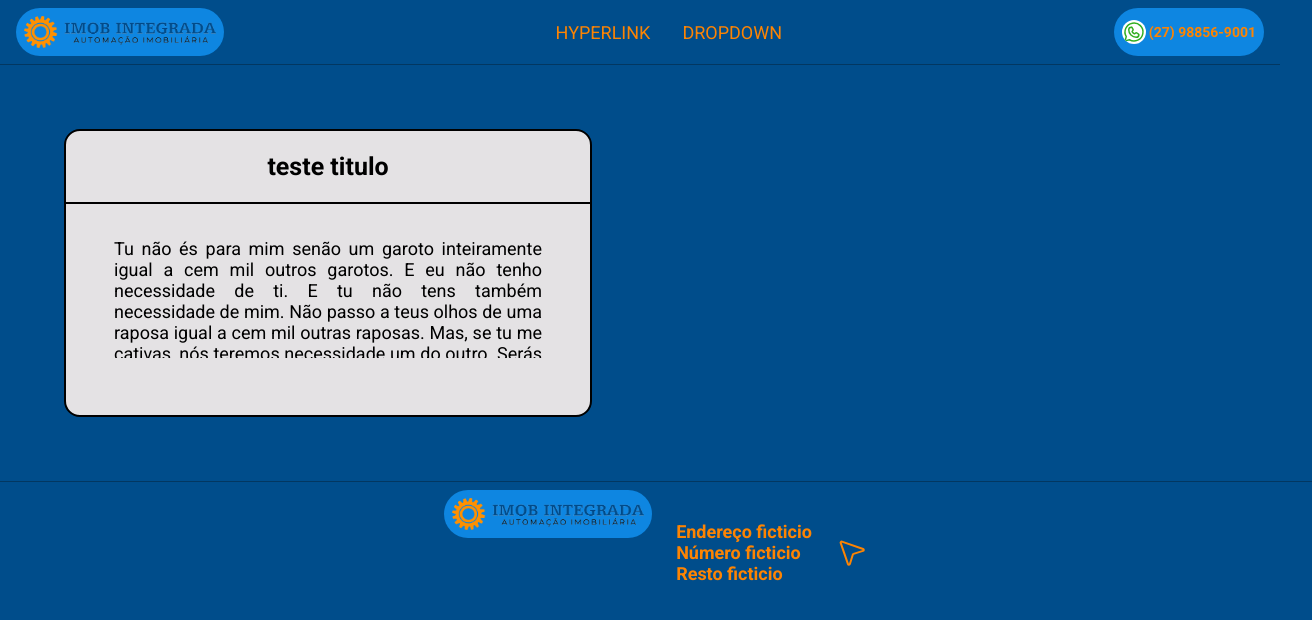
Repository: K0slov/testeAPI
Page: /
These files come from the project's save history. The page is drawn as it stood at one moment and after the next save; the edit follows.
The browser window is 1280 px wide. The page is 1312 px wide, so the pictures cover 1312 px, including what lies to the right of the window. The pictures show the whole page.
The project was rebuilt for these pictures with package versions that can differ from the ones it lists, and the page was loaded fresh each time. Also part of the build but not shown: vite.config.ts.

Above is the page before, as saved 2022-06-27 19:51:32.

After the next save:
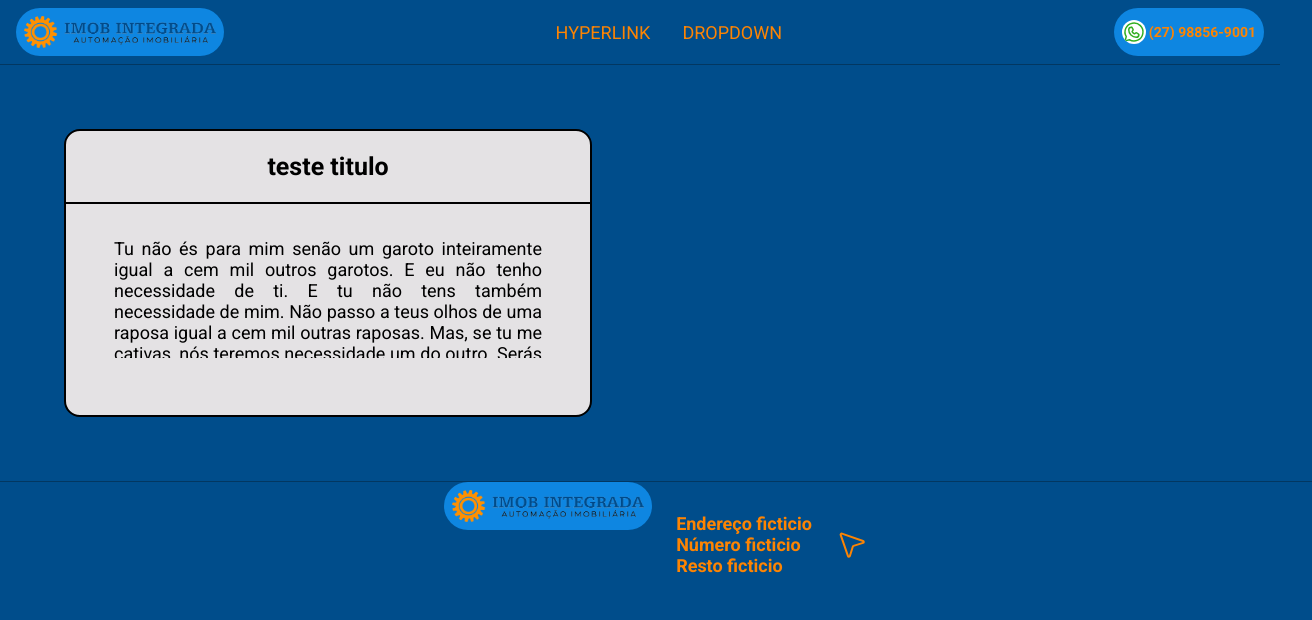
Saved 64 s later.
--- a/src/components/Footer/style.modeule.css
+++ b/src/components/Footer/style.modeule.css
@@ -1,6 +1,6 @@
 footer {
     width: 100%;
-    padding: 0.5rem 1rem;
+    padding: 0rem 1rem;
     background-color: #004d8b;
     display: flex;
     color: #fd8402;
